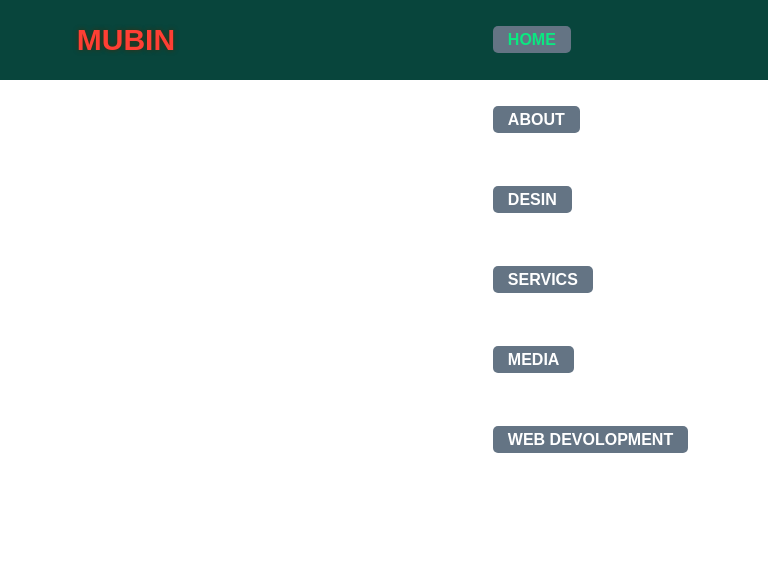
Repository: mdaj6804gmail/1-page-web-theme
Page: index.html
The author's editor kept a copy of each file at every save. The page is drawn from the files as they stood at one save, then again after the next save.
The browser window is 768 px wide. The pictures show the whole page.

Above is the page before, as saved 2022-12-18 12:56:11.

After the next save:
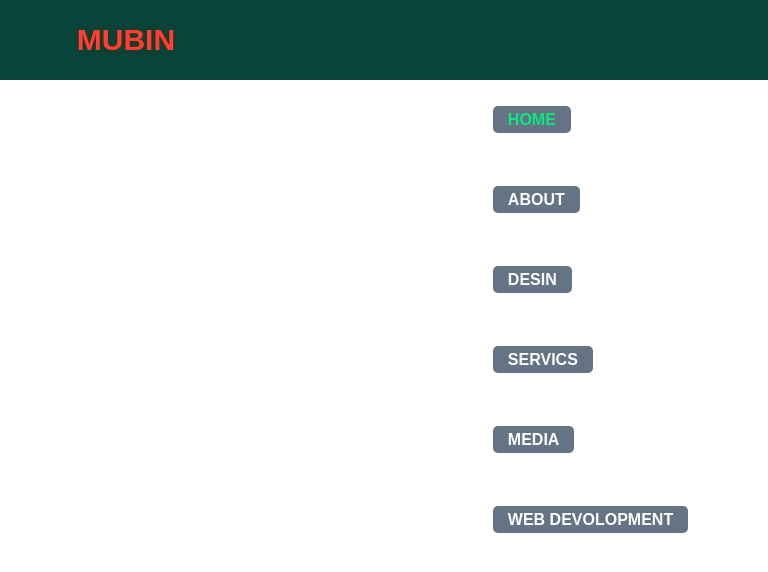
Saved 4 s later.
--- a/style.css
+++ b/style.css
@@ -58,7 +58,7 @@
     display: block;
   }
   nav ul{
-    margin-top: ;
+    margin-top: 80px;
   }
 
 }
